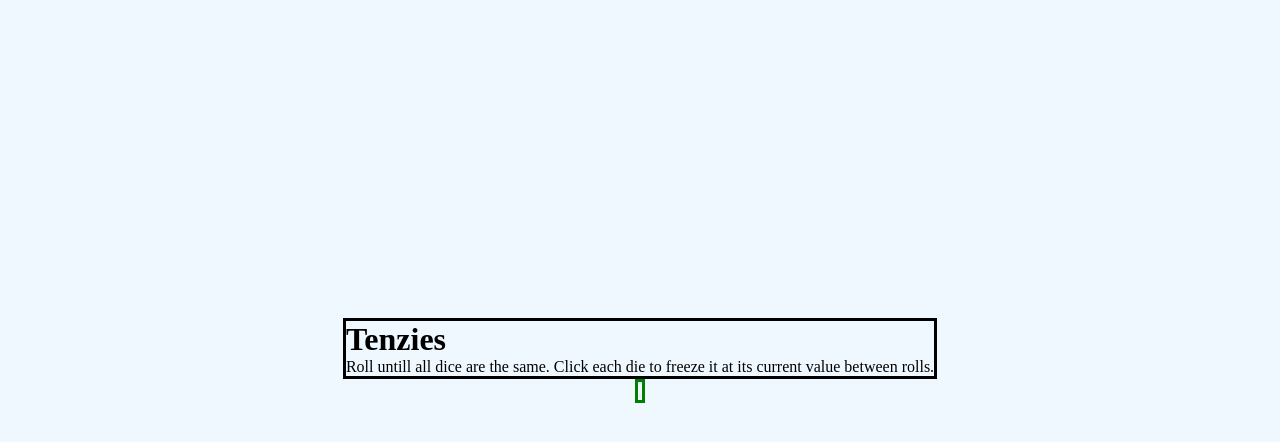
Repository: 2iaad/React
Page: /
These files come from the project's save history. The page is drawn as it stood at one moment and after a run of saves; the edit follows.
The browser window is 1280 px wide. The pictures show the whole page.
The project was rebuilt for these pictures with package versions that can differ from the ones it lists, and the page was loaded fresh each time. Also part of the build but not shown: vite.config.js.

Above is the page before, as saved 2025-12-06 00:00:56.

### index.html
<!doctype html>
<html lang="en">

<head>
  <meta charset="UTF-8" />
  <link rel="icon" type="image/svg+xml" href="/vite.svg" />
  <meta name="viewport" content="width=device-width, initial-scale=1.0" />
  <title>my-react</title>
</head>

<body>
  <div id="root"></div>
  <script type="module" src="/src/main.jsx"></script>
</body>

</html>

### src/index.css
* {
  padding: 0;
  margin: 0;
}

div#root {
  display: flex;
  flex-direction: column;
  justify-content: center;
  align-items: center;

  height: 100vh;
  background-color: aliceblue;
}

### src/App.jsx
import './App.css'
import Header from './components/Header'
import Main from './components/Main'

export default function App() {

  return (
    <>
      <Header />
      <Main />
    </>
  )
}

### src/App.css
header {
  border: 3px solid black;
}

main {
  border: 3px solid green;
}

### src/components/Header.jsx
export default function Header()
{
    const headerName = "Tenzies"
    const intro = "Roll untill all dice are the same. Click each die to freeze it at its current value between rolls."

    return (
        <header>
            <h1>{headerName}</h1>
            <p>{intro}</p>
        </header>
    )
}

### src/components/Main.jsx
export default function Main() {

    return (
        <main>
            <div id="numbers">

            </div>
            <button>

            </button>
        </main>
    )
}

Loaded but not shown: src/main.jsx (common file)

After the next 3 saves:
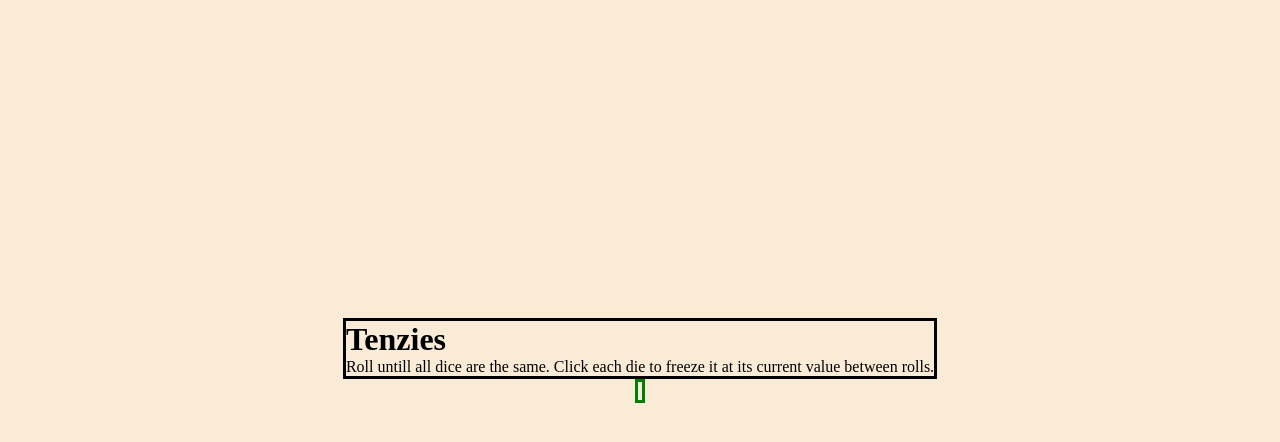
The 3 saves are shown as one change because they came seconds apart.
The last was saved 10 s later.
--- a/src/index.css
+++ b/src/index.css
@@ -10,5 +10,5 @@ div#root {
   align-items: center;
 
   height: 100vh;
-  background-color: aliceblue;
+  background-color: antiquewhite;
 }
